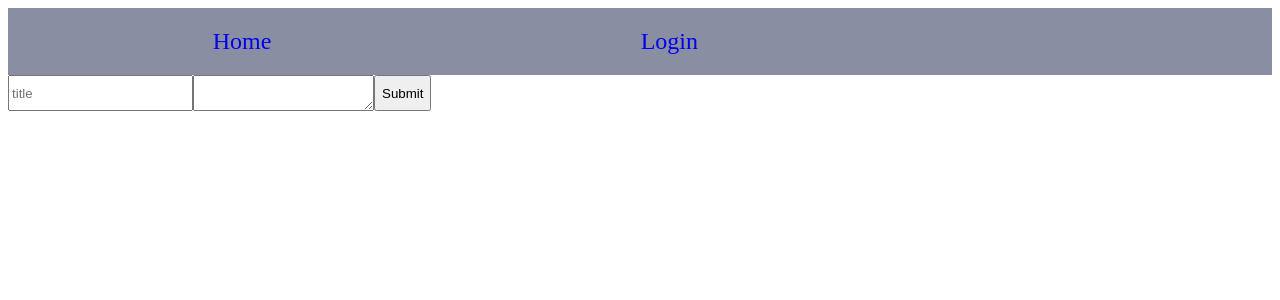
Repository: albinsabu2023/postapp
Page: /createpost
An editor plug-in stored every save of this project. The page is shown before and after the next save, followed by the edit.
The browser window is 1280 px wide. The pictures show the whole page.
The project was rebuilt for these pictures with package versions that can differ from the ones it lists, and the page was loaded fresh each time. Also part of the build but not shown: src/Components/Home.tsx, src/Components/Login.tsx.

Above is the page before, as saved 2024-02-05 11:20:53.

After the next save:
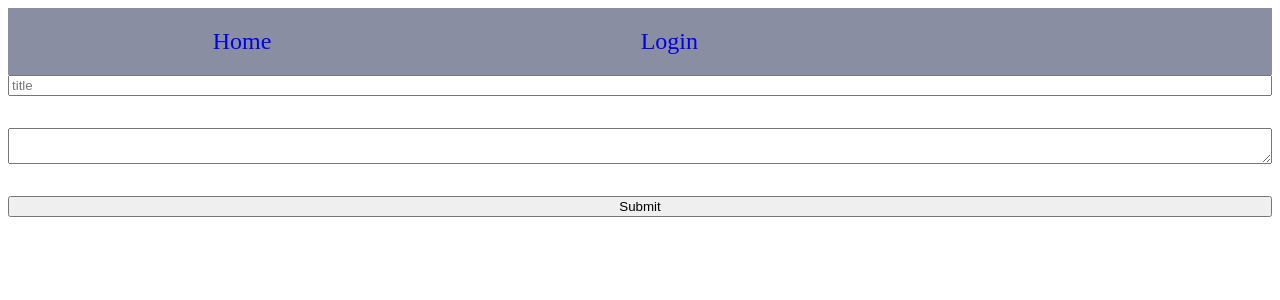
Saved 8 s later.
--- a/src/create-post/CreateForm.css
+++ b/src/create-post/CreateForm.css
@@ -1,4 +1,4 @@
 form{
     display: flex;
-    flex-direction: xol;
+    flex-direction:column;
 }
